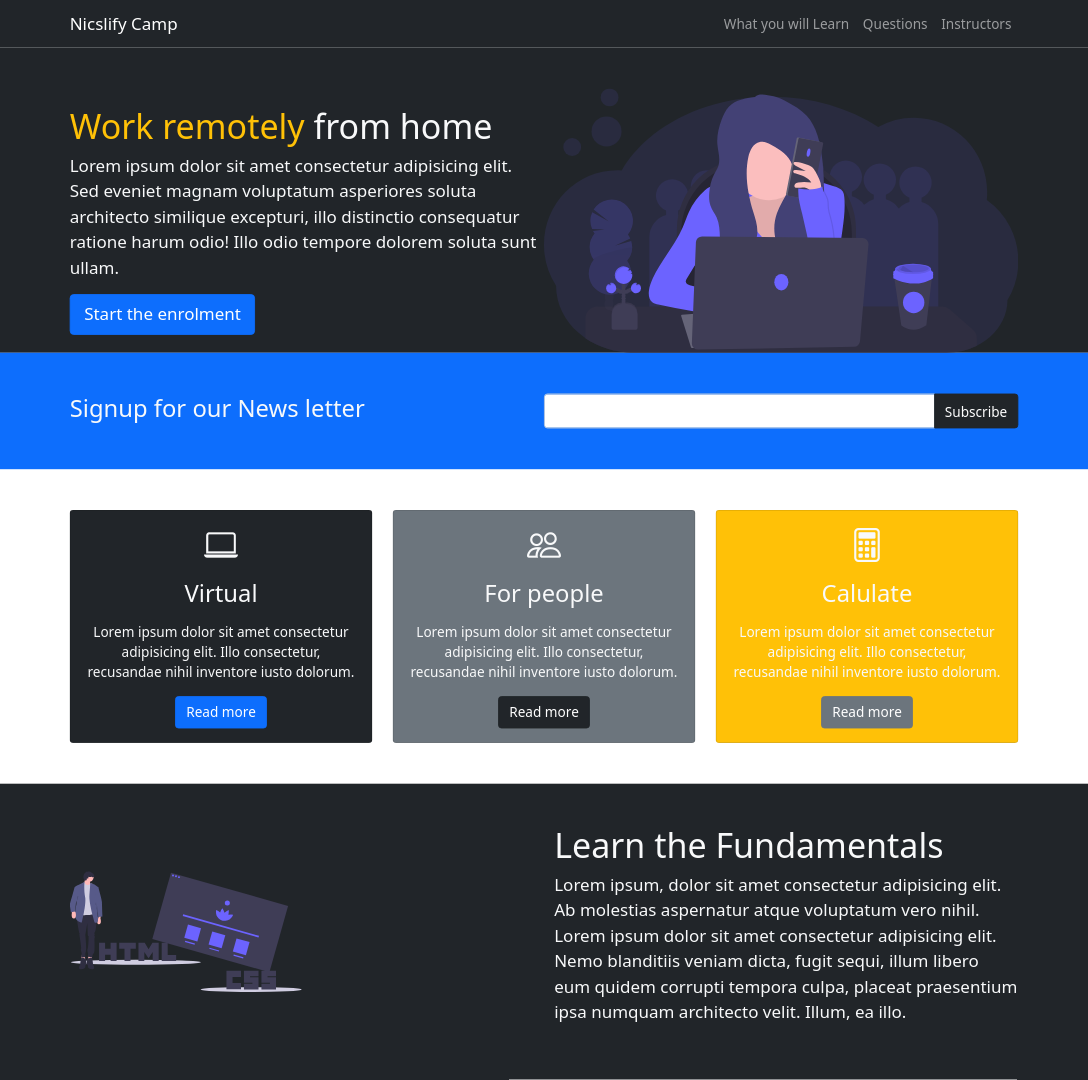
Repository: Eugene44-hub/enrollment-site
Page: index.html
The author's editor kept a copy of each file at every save. The page is drawn from the files as they stood at one save, then again after a run of saves.
The browser window is 1280 px wide. The pictures show the whole page, at 85% of full size.
Some web libraries are served in a nearby version.

Above is the page before, as saved 2021-10-20 10:54:30.

After the next 3 saves:
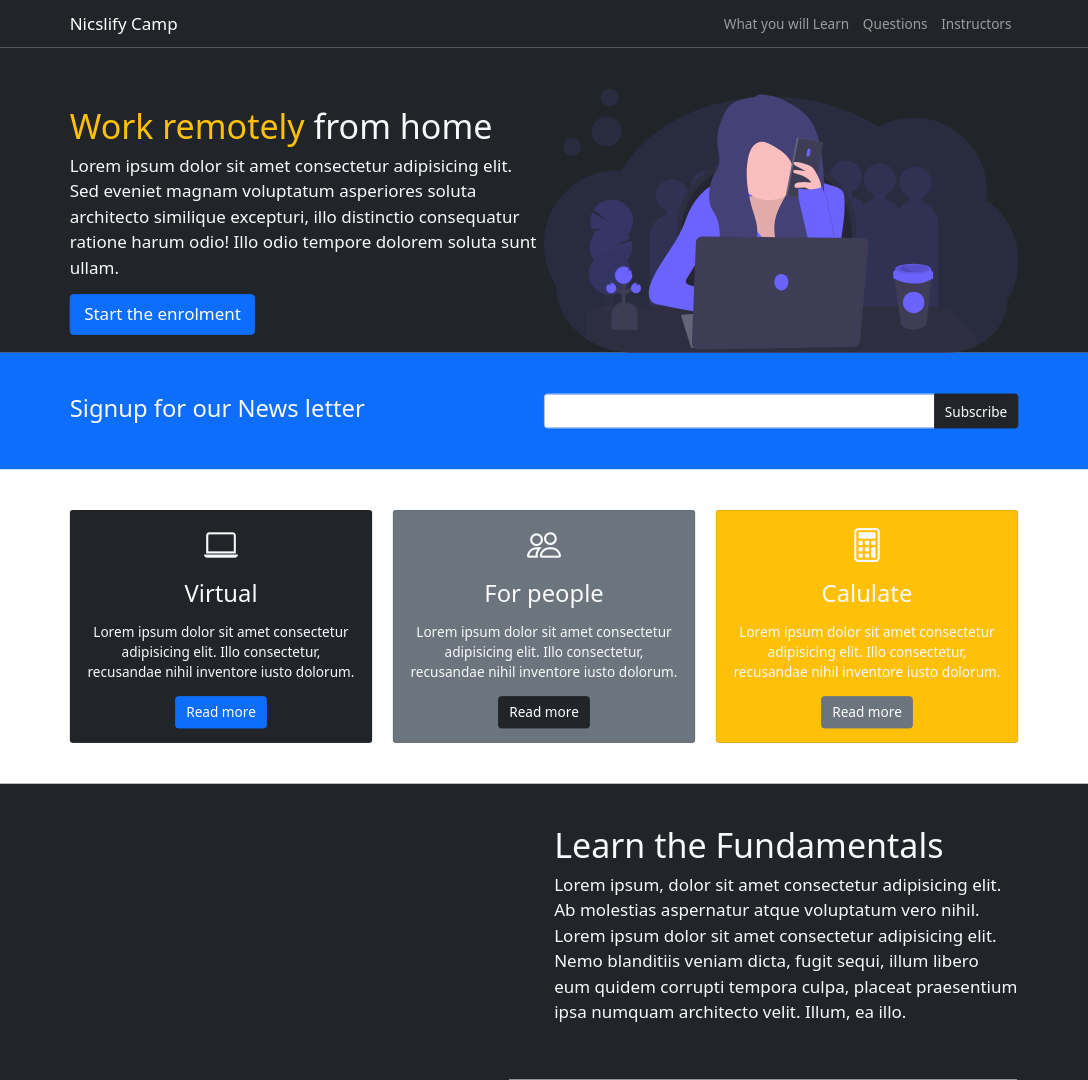
The 3 saves are shown as one change because they came seconds apart.
The last was saved 39 s later.
--- a/index.html
+++ b/index.html
@@ -121,15 +121,15 @@
         <div class="container">
             <div class="row align-items-center">
 
-                <div class="col-md">
-                    <img src="frontend.svg" class="image-fluid w-50">
+                <div class="col-md m-auto>
+                    <img src=" frontend.svg " class="image-fluid w-50 ">
                 </div>
 
 
 
-                <div class="col-md mt-5 mt-md-0">
+                <div class="col-md mt-5 mt-md-0 ">
                     <h1>Learn the Fundamentals</h1>
-                    <p class="lead">
+                    <p class="lead ">
                         Lorem ipsum, dolor sit amet consectetur adipisicing elit. Ab molestias aspernatur atque voluptatum vero nihil. <br> Lorem ipsum dolor sit amet consectetur adipisicing elit. Nemo blanditiis veniam dicta, fugit sequi, illum libero
                         eum quidem corrupti tempora culpa, placeat praesentium ipsa numquam architecto velit. Illum, ea illo.
                     </p>

After the save that followed:
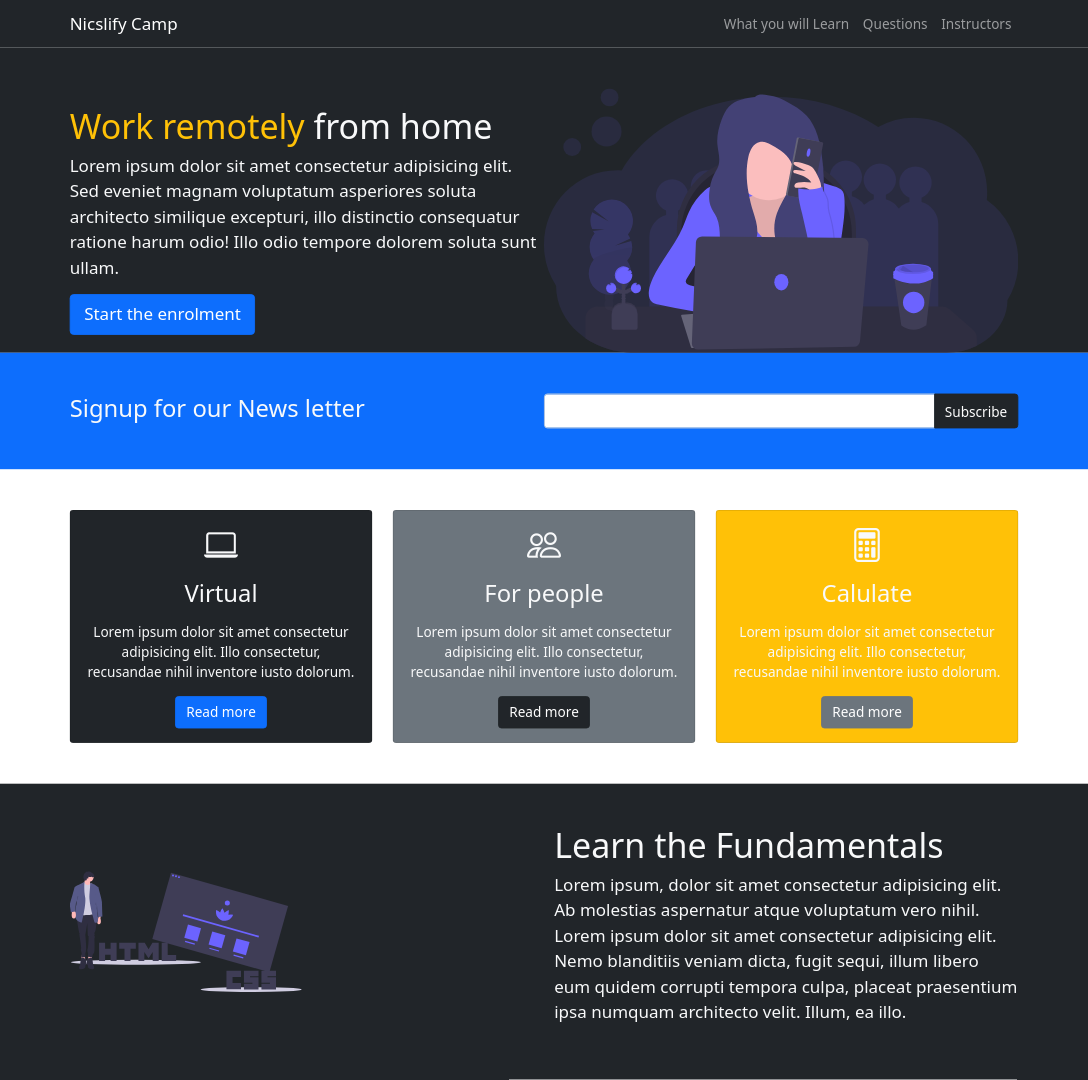
Saved 14 s later.
--- a/index.html
+++ b/index.html
@@ -121,7 +121,7 @@
         <div class="container">
             <div class="row align-items-center">
 
-                <div class="col-md m-auto>
+                <div class="col-md m-auto">
                     <img src=" frontend.svg " class="image-fluid w-50 ">
                 </div>
 
